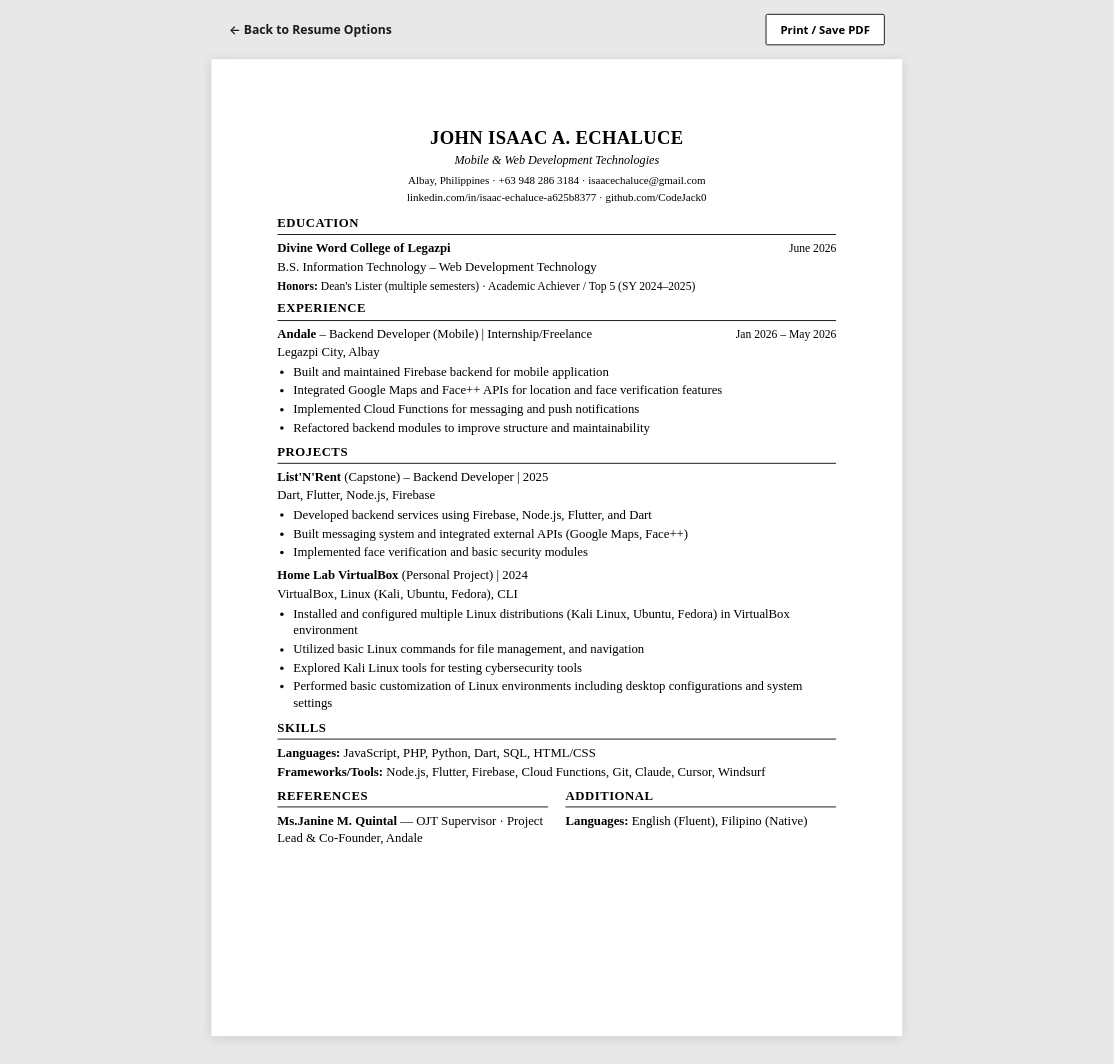
Repository: CodeJack0/Professional_Portfolio
Page: pages/resume_development.html
These files come from the project's save history. The page is drawn as it stood at one moment and after the next save; the edit follows.
The browser window is 1280 px wide. The pictures show the whole page, at 87% of full size.

Above is the page before, as saved 2026-05-30 08:24:43.

### pages/resume_development.html
<!DOCTYPE html>
<html lang="en">
<head>
  <meta charset="UTF-8" />
  <meta name="viewport" content="width=device-width, initial-scale=1.0" />
  <meta name="description" content="Resume / CV — John Isaac A. Echaluce, IT Graduate" />
  <title>Resume / CV — John Isaac A. Echaluce</title>
  <link rel="stylesheet" href="../css/resume.css" />
</head>
<body class="resume-page">
  <div class="resume-toolbar no-print">
    <a href="resumes.html" class="toolbar-link">← Back to Resume Options</a>
    <button type="button" class="toolbar-btn" onclick="window.print()">Print / Save PDF</button>
  </div>

  <article class="resume-document" aria-label="Resume">
    <header class="resume-header">
      <h1 class="resume-name">John Isaac A. Echaluce</h1>
      <p class="resume-tagline">Mobile &amp; Web Development Technologies</p>
      <p class="resume-contact-line">
        Albay, Philippines · <a href="tel:+639482863184">+63 948 286 3184</a> ·
        <a href="mailto:isaacechaluce@gmail.com">isaacechaluce@gmail.com</a>
      </p>
      <p class="resume-contact-line resume-contact-line--links">
        <a href="https://www.linkedin.com/in/isaac-echaluce-a625b8377/" rel="noopener noreferrer">linkedin.com/in/isaac-echaluce-a625b8377</a> ·
        <a href="https://github.com/CodeJack0" rel="noopener noreferrer">github.com/CodeJack0</a>
      </p>
    </header>

    <main class="resume-content">
      <section class="resume-section">
        <h2 class="resume-section-title">Education</h2>

        <div class="entry">
          <div class="entry-row">
            <span class="entry-left"><strong>Divine Word College of Legazpi</strong></span>
            <span class="entry-right">June 2026</span>
          </div>
          <div class="entry-row entry-row--sub">
            <span class="entry-left">B.S. Information Technology – Web Development Technology</span>
          </div>
          <p class="honors-line">
            <strong>Honors:</strong> Dean's Lister (multiple semesters) · Academic Achiever / Top 5 (SY 2024–2025)
          </p>
        </div>
      </section>

      <section class="resume-section">
        <h2 class="resume-section-title">Experience</h2>

        <div class="entry">
          <div class="entry-row">
            <span class="entry-left"><strong>Andale</strong> – Backend Developer (Mobile) | Internship/Freelance</span>
            <span class="entry-right">Jan 2026 – May 2026</span>
          </div>
          <div class="entry-row entry-row--sub">
            <span class="entry-left">Legazpi City, Albay</span>
          </div>
          <ul class="resume-list">
            <li>Built and maintained Firebase backend for mobile application</li>
            <li>Integrated Google Maps and Face++ APIs for location and face verification features</li>
            <li>Implemented Cloud Functions for messaging and push notifications</li>
            <li>Refactored backend modules to improve structure and maintainability</li>
          </ul>
        </div>
      </section>

      <section class="resume-section">
        <h2 class="resume-section-title">Projects</h2>

        <div class="entry">
          <div class="entry-row">
            <span class="entry-left"><strong>List'N'Rent</strong> (Capstone) – Backend Developer | 2025</span>
            <span class="entry-right"></span>
          </div>
          <div class="entry-row entry-row--sub">
            <span class="entry-left">Dart, Flutter, Node.js, Firebase</span>
          </div>
          <ul class="resume-list">
            <li>Developed backend services using Firebase, Node.js, Flutter, and Dart</li>
            <li>Built messaging system and integrated external APIs (Google Maps, Face++)</li>
            <li>Implemented face verification and basic security modules</li>
          </ul>
        </div>

        <div class="entry">
          <div class="entry-row">
            <span class="entry-left"><strong>Home Lab VirtualBox</strong> (Personal Project) | 2024</span>
            <span class="entry-right"></span>
          </div>
          <div class="entry-row entry-row--sub">
            <span class="entry-left">VirtualBox, Linux (Kali, Ubuntu, Fedora), CLI</span>
          </div>
          <ul class="resume-list">
            <li>Installed and configured multiple Linux distributions (Kali Linux, Ubuntu, Fedora) in VirtualBox environment</li>
            <li>Utilized basic Linux commands for  file management, and navigation</li>
            <li>Explored Kali Linux tools for testing cybersecurity tools</li>
            <li>Performed basic customization of Linux environments including desktop configurations and system settings</li>
          </ul>
        </div>


      <section class="resume-section">
        <h2 class="resume-section-title">Skills</h2>
        <p class="skills-line"><strong>Languages:</strong> JavaScript, PHP, Python, Dart, SQL, HTML/CSS</p>
        <p class="skills-line"><strong>Frameworks/Tools:</strong> Node.js, Flutter, Firebase, Cloud Functions, Git, Claude, Cursor, Windsurf</p>
      </section>


      <section class="resume-section resume-section--combined">
        <div class="resume-two-col">
          <div>
            <h2 class="resume-section-title">References</h2>
            <p class="skills-line"><strong>Ms.Janine M. Quintal</strong> — OJT Supervisor · Project Lead &amp; Co-Founder, Andale</p>
          </div>
          <div>
            <h2 class="resume-section-title">Additional</h2>
            <p class="skills-line"><strong>Languages:</strong> English (Fluent), Filipino (Native)</p>
          </div>
        </div>
      </section>
    </main>
  </article>
</body>
</html>

### css/resume.css
/* Harvard-style resume — conservative, single column, print-first (A4) */

:root {
  --resume-page-width: 210mm;
  --resume-page-height: 297mm;
  --resume-page-margin: 20mm;
}

*,
*::before,
*::after {
  box-sizing: border-box;
}

body.resume-page {
  margin: 0;
  font-family: "Times New Roman", Times, Georgia, serif;
  font-size: 11pt;
  line-height: 1.35;
  color: #000;
  background: #e8e8e8;
  -webkit-font-smoothing: antialiased;
}

/* Toolbar (screen only) */
.resume-toolbar {
  display: flex;
  align-items: center;
  justify-content: space-between;
  max-width: var(--resume-page-width);
  margin: 0 auto;
  padding: 1rem 1.25rem;
  gap: 1rem;
  font-family: system-ui, -apple-system, sans-serif;
}

.toolbar-link {
  font-size: 0.875rem;
  font-weight: 600;
  color: #1a1a1a;
  text-decoration: none;
}

.toolbar-link:hover {
  text-decoration: underline;
}

.toolbar-btn {
  font-family: inherit;
  font-size: 0.8125rem;
  font-weight: 600;
  padding: 0.5rem 1rem;
  border: 1px solid #000;
  border-radius: 2px;
  background: #fff;
  color: #000;
  cursor: pointer;
}

.toolbar-btn:hover {
  background: #f5f5f5;
}

/* Document */
.resume-document {
  width: 100%;
  max-width: var(--resume-page-width);
  min-height: var(--resume-page-height);
  margin: 0 auto 2rem;
  padding: var(--resume-page-margin);
  background: #fff;
  box-shadow: 0 2px 12px rgba(0, 0, 0, 0.12);
}

/* Header */
.resume-header {
  text-align: center;
  margin-bottom: 0.65rem;
}

.resume-name {
  font-size: 16pt;
  font-weight: 700;
  margin: 0 0 0.25rem;
  letter-spacing: 0.02em;
  text-transform: uppercase;
}

.resume-tagline {
  margin: 0;
  font-size: 10.5pt;
  font-style: italic;
}

.resume-summary {
  margin: 0.35rem auto 0;
  max-width: 95%;
  font-size: 10pt;
  line-height: 1.4;
  text-align: center;
}

.resume-contact-line {
  margin: 0.2rem 0 0;
  font-size: 9.5pt;
  line-height: 1.45;
}

.resume-contact-line--links {
  margin-top: 0.1rem;
}

.resume-contact-line a {
  color: inherit;
  text-decoration: none;
}

.resume-contact-line a:hover {
  text-decoration: underline;
}

.honors-line {
  margin: 0.2rem 0 0;
  font-size: 10pt;
  line-height: 1.35;
}

.entry-note {
  margin: 0.15rem 0 0;
  font-size: 9.5pt;
  font-style: italic;
  line-height: 1.35;
}

/* Sections */
.resume-content {
  margin: 0;
}

.resume-section {
  margin-bottom: 0.45rem;
}

.entry--compact {
  margin-bottom: 0.2rem;
}

.resume-two-col {
  display: grid;
  grid-template-columns: 1fr 1fr;
  gap: 1.25rem;
  align-items: start;
}

.resume-two-col .resume-section-title {
  margin-top: 0;
}

.resume-section--combined {
  margin-bottom: 0;
}

.skills-line--muted {
  font-size: 9.5pt;
  font-style: italic;
}

.resume-section:last-child {
  margin-bottom: 0;
}

.resume-section-title {
  font-size: 11pt;
  font-weight: 700;
  text-transform: uppercase;
  letter-spacing: 0.04em;
  margin: 0.5rem 0 0.35rem;
  padding-bottom: 0.15rem;
  border-bottom: 1px solid #000;
}

.resume-section:first-child .resume-section-title {
  margin-top: 0;
}

/* Entries */
.entry {
  margin-bottom: 0.45rem;
}

.entry:last-child {
  margin-bottom: 0;
}

.entry-row {
  display: flex;
  justify-content: space-between;
  align-items: baseline;
  gap: 1rem;
}

.entry-row--sub {
  margin-top: 0.05rem;
}

.entry-left {
  flex: 1;
  min-width: 0;
}

.entry-right {
  flex-shrink: 0;
  white-space: nowrap;
  font-size: 10pt;
}

/* Lists */
.resume-list {
  margin: 0.2rem 0 0;
  padding-left: 1.15rem;
}

.resume-list li {
  margin-bottom: 0.1rem;
}

.resume-list--plain {
  list-style: disc;
  padding-left: 1.15rem;
}

/* Skills */
.skills-line {
  margin: 0.15rem 0 0;
}

.skills-line:first-of-type {
  margin-top: 0.1rem;
}

.resume-section--inline .skills-line {
  margin-top: 0.1rem;
}

/* Responsive */
@media (max-width: 640px) {
  .resume-document {
    min-height: auto;
    padding: 1rem;
  }

  .resume-contact-line {
    font-size: 9pt;
  }

  .entry-row {
    flex-direction: column;
    gap: 0.1rem;
  }

  .entry-right {
    white-space: normal;
  }

  .resume-two-col {
    grid-template-columns: 1fr;
    gap: 0.5rem;
  }
}

/* Print */
@media print {
  @page {
    size: A4;
    margin: 0;
  }

  body.resume-page {
    background: #fff;
    font-size: 11pt;
  }

  .no-print {
    display: none !important;
  }

  .resume-document {
    max-width: none;
    min-height: auto;
    margin: 0;
    padding: var(--resume-page-margin);
    box-shadow: none;
  }

  .resume-contact-line a {
    text-decoration: none;
  }

  .entry,
  .resume-section {
    break-inside: avoid;
  }
}

After the next save:
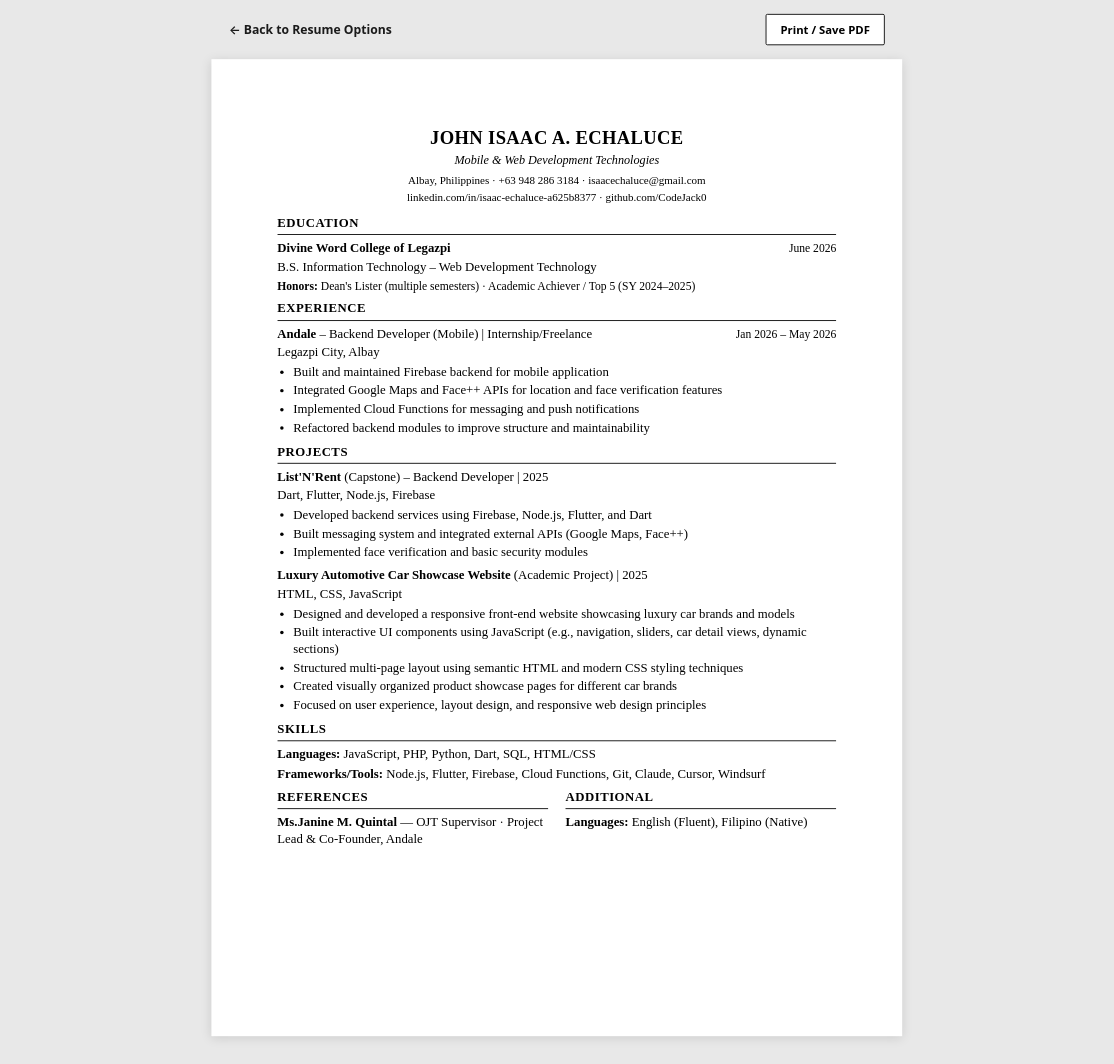
Saved 44 min 53 s later.
--- a/pages/resume_development.html
+++ b/pages/resume_development.html
@@ -85,17 +85,18 @@
 
         <div class="entry">
           <div class="entry-row">
-            <span class="entry-left"><strong>Home Lab VirtualBox</strong> (Personal Project) | 2024</span>
+            <span class="entry-left"><strong>Luxury Automotive Car Showcase Website</strong> (Academic Project) | 2025</span>
             <span class="entry-right"></span>
           </div>
           <div class="entry-row entry-row--sub">
-            <span class="entry-left">VirtualBox, Linux (Kali, Ubuntu, Fedora), CLI</span>
+            <span class="entry-left">HTML, CSS, JavaScript</span>
           </div>
           <ul class="resume-list">
-            <li>Installed and configured multiple Linux distributions (Kali Linux, Ubuntu, Fedora) in VirtualBox environment</li>
-            <li>Utilized basic Linux commands for  file management, and navigation</li>
-            <li>Explored Kali Linux tools for testing cybersecurity tools</li>
-            <li>Performed basic customization of Linux environments including desktop configurations and system settings</li>
+            <li>Designed and developed a responsive front-end website showcasing luxury car brands and models</li>
+            <li>Built interactive UI components using JavaScript (e.g., navigation, sliders, car detail views, dynamic sections)</li>
+            <li>Structured multi-page layout using semantic HTML and modern CSS styling techniques</li>
+            <li>Created visually organized product showcase pages for different car brands</li>
+            <li>Focused on user experience, layout design, and responsive web design principles</li>
           </ul>
         </div>
 
